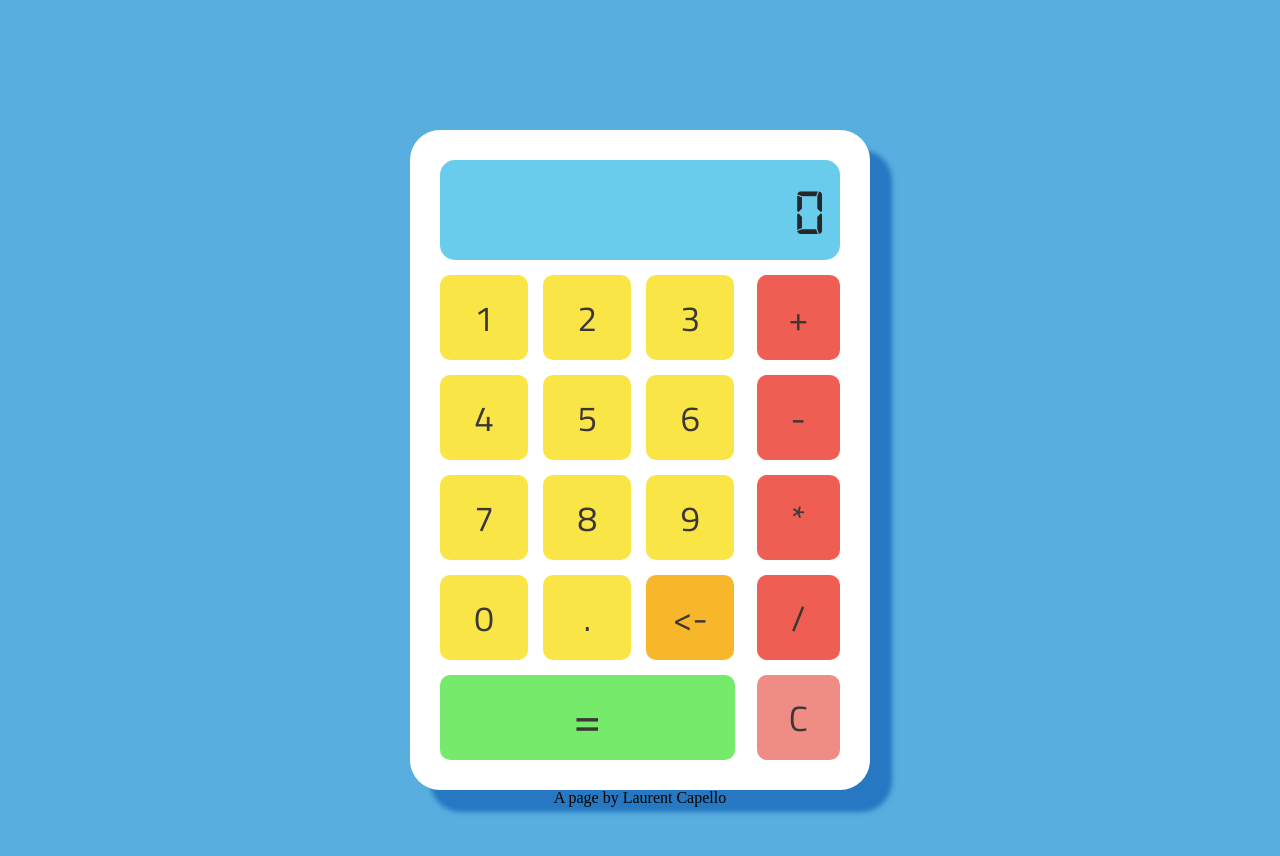
Repository: sokafootball/js-calculator
Page: index.html
The author's editor kept a copy of each file at every save. The page is drawn from the files as they stood at one save, then again after the next save.
The browser window is 1280 px wide. The pictures show the whole page.
The pointer rests on the first visible `button`.

Above is the page before, as saved 2020-05-07 19:09:30.

### index.html
<html>
<head>
  <title>Javascript Calculator - By Laurent Capello</title>
  <link rel="stylesheet" type="text/css" href="reset.css">
  <link rel="stylesheet" type="text/css" href="style.css">
  <!--<link rel="stylesheet" type="text/css" href="wireframe.css">-->
  <link href="https://fonts.googleapis.com/css2?family=Barlow:wght@300&display=swap" rel="stylesheet">
  <link href="https://fonts.googleapis.com/css2?family=Titillium+Web&display=swap" rel="stylesheet">
</head>
<body>
<main id="main">
  <div id="calculator">
    <p id="display">0</p>
    <div id="numpad">
      <button class="button num-button">1</button>
      <button class="button num-button">2</button>
      <button class="button num-button">3</button>
      <button class="button num-button">4</button>
      <button class="button num-button">5</button>
      <button class="button num-button">6</button>
      <button class="button num-button">7</button>
      <button class="button num-button">8</button>
      <button class="button num-button">9</button>
      <button class="button num-button">0</button>
      <button id="decimal-button" class="button">.</button>
      <button id="backspace" class="button"><-</button>
    </div>
    <button id="equal-button" class="button">=</button>
    <div id="operators">
      <button class="button operation-button">+</button>
      <button class="button operation-button">-</button>
      <button class="button operation-button">*</button>
      <button class="button operation-button">/</button>
    </div>
    <button id="clear-button" class="button">C</button>
  </div>
</main>
<footer id="footer">
  <p>A page by <span id="signature">Laurent Capello</span></p>
</footer>
<div id="hidden-element" class="display-full" style="display: none"></div>
<script type="text/javascript" src="script.js"></script>
</body>
</html>

### style.css
@font-face {
  font-family: "calcFont";
  src: url("./fonts/digital-7/digital-7.ttf");
  }

:root {
  --row-gap: 15px;
}

body{
  align-items: center;
  background-color: hsl(202, 68%, 61%);
  display: flex;
  flex-direction: column;
  justify-content: space-between;
}

button{
  color: #3c3737;
  font-family: 'Titillium Web', sans-serif;
  font-size: 35px;
}

.display-full{
  animation-name: display-full;
  animation-duration: 0.3s;
}

#backspace{
  background-color: hsl(41, 94%, 57%);
}

#calculator{
  background-color: white;
  border-radius: 30px;
  box-shadow: 21px 21px 5px 1px hsl(208, 68%, 45%);
  display: grid;
  gap: var(--row-gap) 22px;
  grid-template-areas:
    "display display display display"
    "numpad numpad numpad operators"
    "numpad numpad numpad operators"
    "numpad numpad numpad operators"
    "numpad numpad numpad operators"
    "equal equal equal backspace";
  grid-template-columns: repeat(4, 1fr);
  grid-template-rows: 100px repeat(5, 1fr); /*first row is fixed to stop the border animation from taking space from other rows*/
  height: 600px;
  margin-top: 130px;
  padding: 30px;
  width: 400px;
}

#calculator button{
  border-radius: 10px;
  border-width: 0px;
  outline: none;
}

#calc-top{
  margin-bottom: 40px;
}

#clear-button{
  background-color: hsl(4, 77%, 73%);

}

#display{
  background-color: hsl(195, 78%, 67%);
  border-radius: 15px;
  border-width: 0px;
  color: #272727;
  font-family: 'calcFont', sans-serif;
  font-size: 65px;
  grid-area: display;
  line-height: 90px;
  padding-right: 15px;
  text-align: right;
  vertical-align: middle;
}

#equal-button{
  background-color: hsl(115, 76%, 67%);
  font-size: 50px;
  grid-area: equal;
}

#footer{
  margin-bottom: 50px;
}

#numpad{
  display: grid;
  gap: var(--row-gap);
  grid-area: numpad;
  grid-template-columns: repeat(3, 1fr);
  grid-template-rows: repeat(4, 1fr);
}

.num-button, #decimal-button{
  background-color: hsl(53, 95%, 63%);
}

#operators{
  display: grid;
  gap: var(--row-gap);
  grid-template-rows: repeat(4, 1fr);
  grid-area: operators;
}

#operators button{
  background-color: hsl(4, 82%, 63%);
  flex-grow: 1;
}

@keyframes display-full{
  0% {border: 1px solid black;}
  50% {
    border: 2px solid red;
    box-shadow: 0px 0px 6px 1px red;
    line-height: 86px;
    padding-right: 13px;
  }
  100% {border: 1px solid black;}
}

### script.js
/*
CODE BY LAURENT CAPELLO
*/

//#region STARTUP
const MAX_DISPLAY_LENGTH = 11
const MAX_DECIMALS = 3
const EXPONENTIAL_NOTATION_DIGITS = MAX_DISPLAY_LENGTH - 4 //4 digits are reserved for the exponential notation and the dot
let display = document.querySelector(`#display`)
let overwriteIsOn = true
let operation = null, operand1 = null, operand2 = null

addFunctionsToBtns()

function addFunctionsToBtns(){
	let numButtons = document.querySelectorAll(`.num-button`)
	numButtons = Array.from(numButtons)
	numButtons.forEach(button => {
		button.addEventListener(`click`, () => pressNumBtn(button.innerText))
	});

	let opButtons = document.querySelectorAll(`.operation-button`)
	opButtons = Array.from(opButtons)
	opButtons.forEach(button => {
		button.addEventListener(`click`, () => pressOperationBtn(button.innerText))
	});

	let equalButton = document.querySelector(`#equal-button`)
	equalButton.addEventListener(`click`, pressEqualBtn)

	let clearButton = document.querySelector(`#clear-button`)
	clearButton.addEventListener(`click`, pressClearBtn)

	let bckSpaceBtn = document.querySelector(`#backspace`)
	bckSpaceBtn.addEventListener(`click`, pressBackspaceBtn)

	let decimalBtn = document.querySelector(`#decimal-button`)
	decimalBtn.addEventListener(`click`, pressDecimalBtn)

	document.onkeydown = (e) => filterKeyPress(e)
}

function filterKeyPress(e){
	console.log(`key pressed`)
	if (e.which <= 105 && e.which >= 96){
		pressNumBtn(Number(e.key))
	} else if (e.which == 106 || e.which == 107 || e.which == 109 || e.which == 111) {
		pressOperationBtn(e.key)
	} else if (e.which == 13){
		pressEqualBtn()
	} else if (e.which == 110){
		pressDecimalBtn()
	} else if (e.which == 8){
		pressBackspaceBtn()
	}
}
//#endregion

//#region SUPPORT FUNCTIONS
function clear(){
	display.innerText = `0`
	operation = null
	operand1 = null
	operand2 = null
	overwriteIsOn = true
}

function displayNumber(num){
	if(num == 0 && display.innerText == `0`) return
  if(overwriteIsOn){
		if(num == `.`){
			display.innerText += num
		}else{
			display.innerText = num
		}
		overwriteIsOn = false
	}else{
		if(display.innerText.length >= MAX_DISPLAY_LENGTH){
			animateDisplay()
			return
		}
		display.innerText += num
	}
}

function displayResult(){
	operand1 = operate(operation, operand1, operand2)
	operand2 = null
	display.innerText = truncateIntegers(operand1)

}

function saveNumber(){
	if(operation == null)
		operand1 =  Number(display.innerText)
	else operand2 =  Number(display.innerText)
}

function saveOperation(operationSign){
	operation = operationSign
	overwriteIsOn = true
}

function truncateDecimals(num){
	if((num % 1).toString().length > MAX_DECIMALS) return Number(num).toFixed(MAX_DECIMALS)
	return num
}

function truncateIntegers(num){
	if(num.toString().length <= MAX_DISPLAY_LENGTH) return num
	return num.toExponential(EXPONENTIAL_NOTATION_DIGITS)
}
//#endregion

//#region BUTTONS FUNCTIONS
function pressBackspaceBtn(){
	if(display.innerText.length == 1){
		display.innerText = `0`
	}else{
		let displayArray = Array.from(display.innerText)
		displayArray.pop()
		display.innerText = displayArray.join(``)
	}
	saveNumber()
}

function pressDecimalBtn(){
	if (display.innerText.includes(`.`)) return
	displayNumber(`.`)
	saveNumber()
}

function pressClearBtn(){
	clear()
}

function pressEqualBtn(){
	if(operand1 != null && operand2 != null){
		displayResult()
		operation = null
		overwriteIsOn = true
		operand2 = null
	}else{
		operation = null
		overwriteIsOn = true
		operand2 = null
		display.innerText = operand1 == null ? `0` : operand1
	}
}

function pressNumBtn(num){
	displayNumber(Number(num))
	saveNumber()
}

function pressOperationBtn(operationSign){
	if (operation == null){
		saveOperation(operationSign)
	}else{
		if(operand1 != null && operand2 != null){
			displayResult()
		}
		saveOperation(operationSign)
	}
}
//#endregion

//#region MATH FUNCTIONS
function operate(operation, a, b){
	let result = null
	switch (operation){
		case `+`:
			operation = add
			break
		case `-`:
			operation = subtract
			break;
		case `*`:
			operation = multiply
			break
		case `/`:
			operation = divide
			break;
		default:
			console.log(`invalid operation`)
			return
	}
	result = Number(operation(a,b))
	result = truncateDecimals(result)
	result = truncateIntegers(result)
  return Number(result)
}

function add (...nums) {
	return nums.reduce((total, num) => {
		return total + num
	}, 0)
}

function subtract (...nums) {
	return nums.reduce((total, num) => {
		return total - num
	})
}

function sum (arr) {
	return add(...arr)
}

function divide (...nums){
	if (nums[1] == 0){
		console.log(`you can't divide by 0!`)
		clear()
		return 0
	}
	return nums.reduce((total, num) => total / num
	)
}

function multiply (...nums) {
	return nums.reduce((total, num) => {
		return total * num
	})
}
//#endregion

//#region DISPLAY ANIMATION FUNCTIONS
function convertDuration(durationString){
	let duration = Number(durationString.replace(`s`, ``))
	return duration * 1000
}

function animateDisplay(){
	let animDurationString = getComputedStyle(document.querySelector(`.display-full`)).animationDuration
	const ANIM_DURATION = convertDuration(animDurationString)
	display.classList.remove(`display-full`)
	display.classList.add(`display-full`)
	setTimeout(() => display.classList.remove(`display-full`), ANIM_DURATION);
}
//#endregion

Loaded but not shown: reset.css (common file)

After the next save:
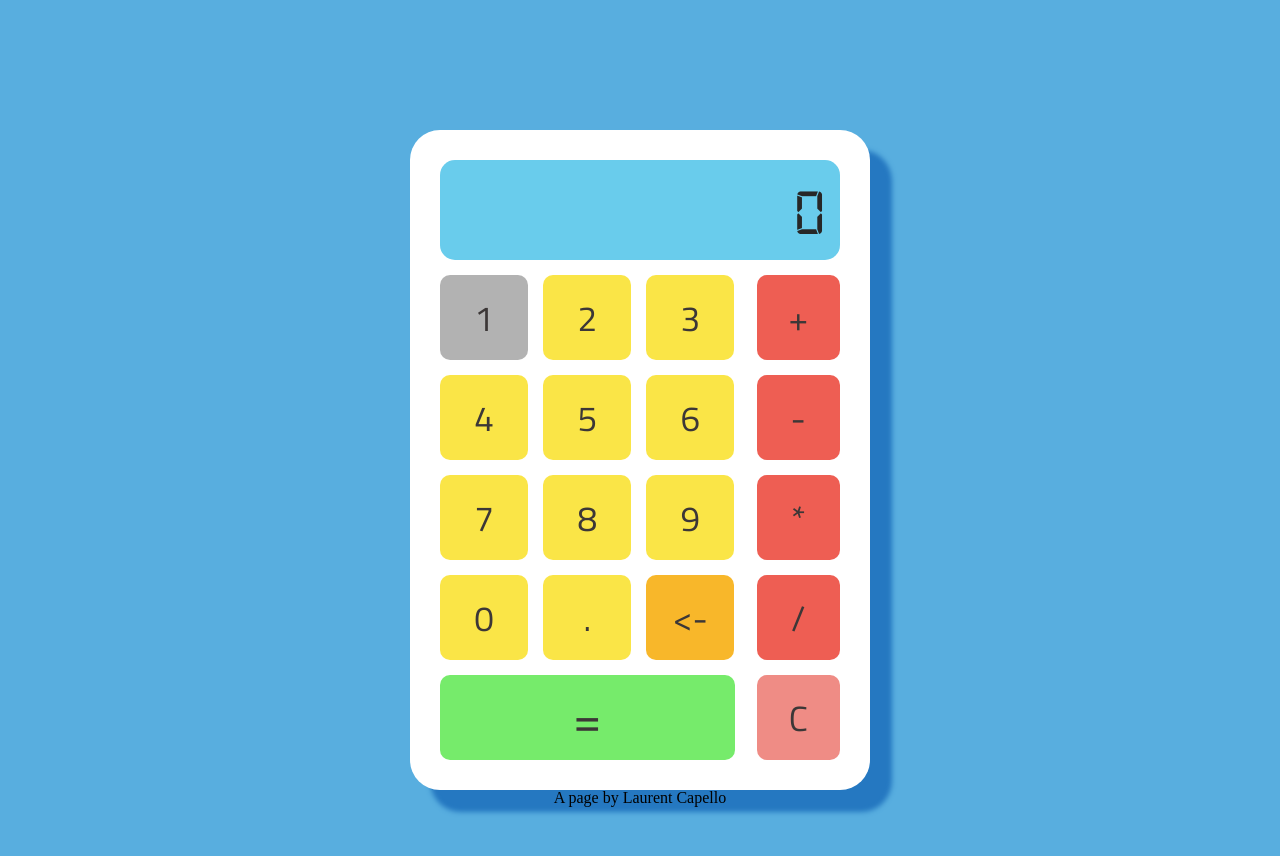
Saved 96 s later.
--- a/style.css
+++ b/style.css
@@ -19,6 +19,10 @@ button{
   color: #3c3737;
   font-family: 'Titillium Web', sans-serif;
   font-size: 35px;
+}
+
+button:hover {
+  background-color: rgba(0,0,0,.30);
 }
 
 .display-full{
